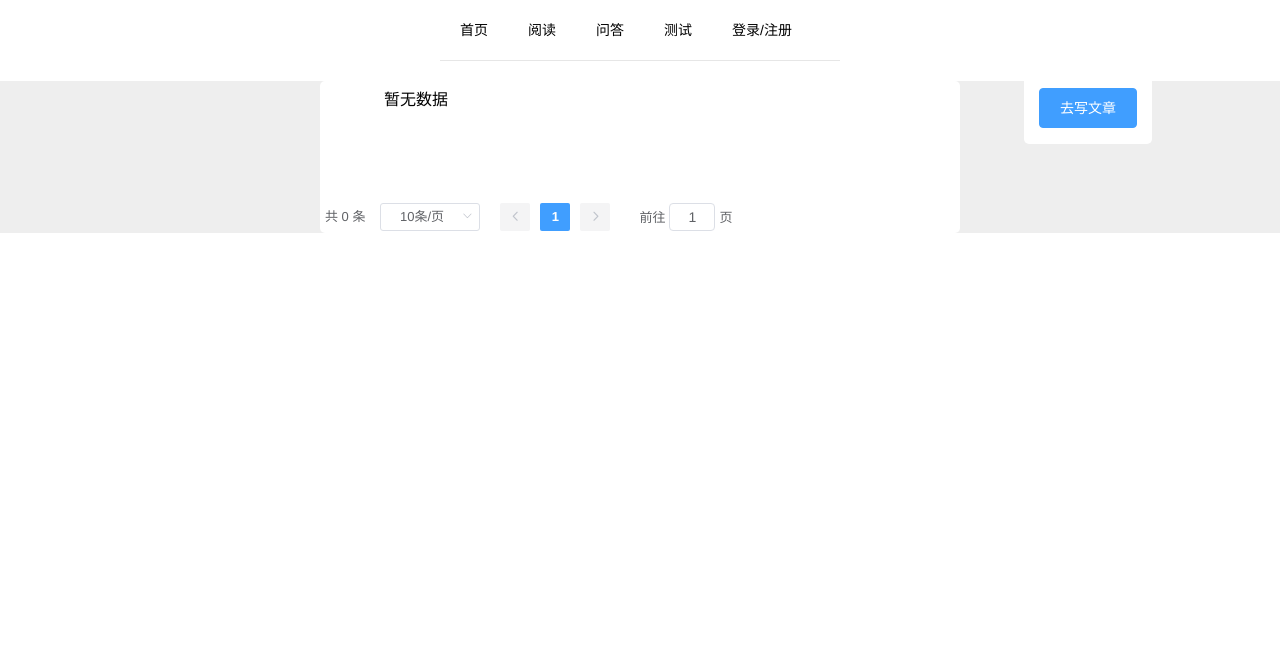
Repository: shengligo/xyx_vue_v1
Page: /read
An editor plug-in stored every save of this project. The page is shown before and after the next save, followed by the edit.
The browser window is 1280 px wide. The pictures show the whole page.
The page's requests for data from a server got no answer. The project was rebuilt for these pictures with package versions that can differ from the ones it lists, and the page was loaded fresh each time. No one was signed in, and anything a server would have sent is missing. Also part of the build but not shown: vue.config.js, src/views/home/childComps/Art.vue, src/views/author/authors.vue.

Above is the page before, as saved 2021-09-04 14:38:27.

After the next save:
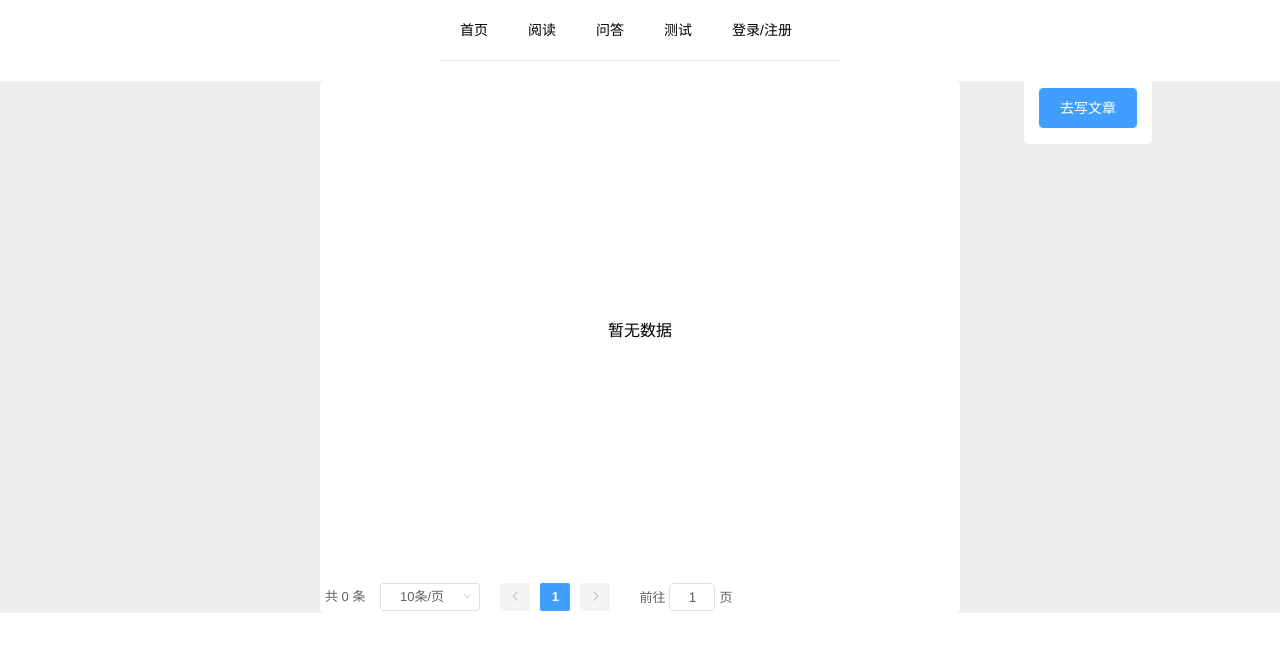
Saved 59 s later.
--- a/src/views/read/Read.vue
+++ b/src/views/read/Read.vue
@@ -1,7 +1,7 @@
 <template>
   <div id="box">
     <div id="article">
-      <div class="list" v-if="!fileList.length">
+      <div class="nolist" v-if="!fileList.length">
         暂无数据
       </div>
       <div
@@ -163,6 +163,14 @@ export default {
   width: 500px;
   margin: 0 auto;
 }
+.nolist{
+  margin: 0 auto;
+  width: 80%;
+  display: flex;
+  align-items: center;
+  justify-content: center;
+  height: 500px;
+}
 .list {
   display: flex;
   width: 80%;
